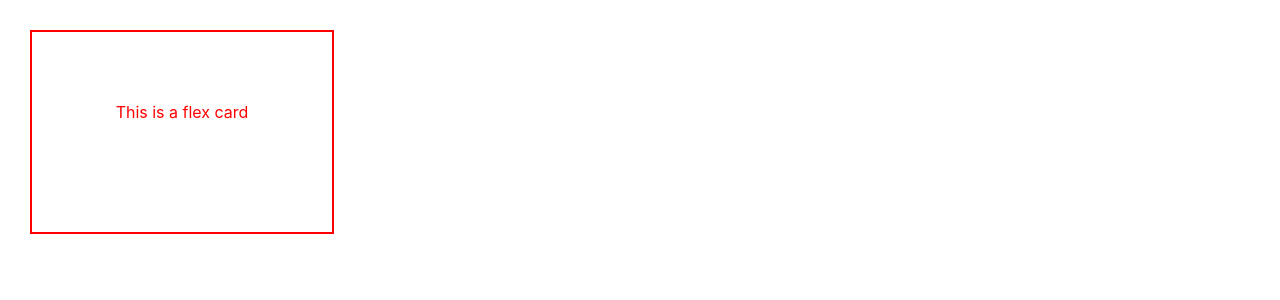
Repository: thai-shriya/anxiety-tracker
Page: /
These files come from the project's save history. The page is drawn as it stood at one moment and after the next save; the edit follows.
The browser window is 1280 px wide. The pictures show the whole page.
The project was rebuilt for these pictures with package versions that can differ from the ones it lists, and the page was loaded fresh each time.

Above is the page before, as saved 2024-04-22 14:27:57.

After the next save:
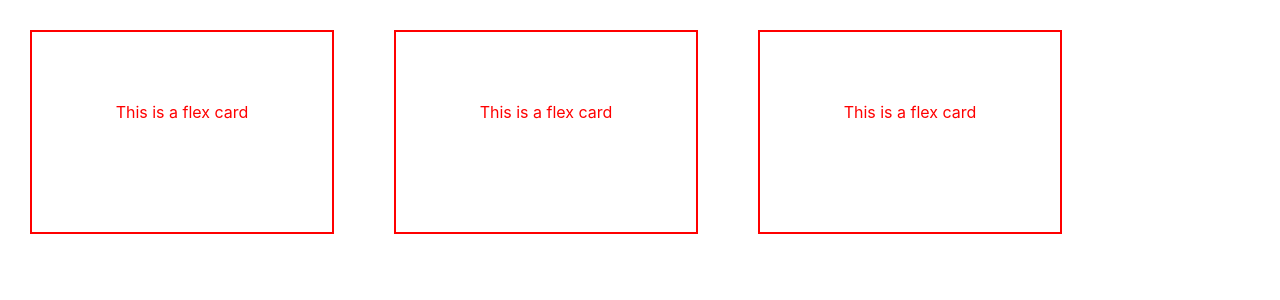
Saved 14 s later.
--- a/src/App.js
+++ b/src/App.js
@@ -2,9 +2,18 @@ import './App.css';
 
 function App() {
   return (
-    <div className='flex-card-container'>
+    <div className='main-container'>
+      <div className='flex-card-container'>
+      <p className='flex-card-text'> This is a flex card</p>
+      </div>
+      <div className='flex-card-container'>
+      <p className='flex-card-text'> This is a flex card</p>
+      </div>
+      <div className='flex-card-container'>
       <p className='flex-card-text'> This is a flex card</p>
     </div>
+    </div>
+
   );
 }
 
